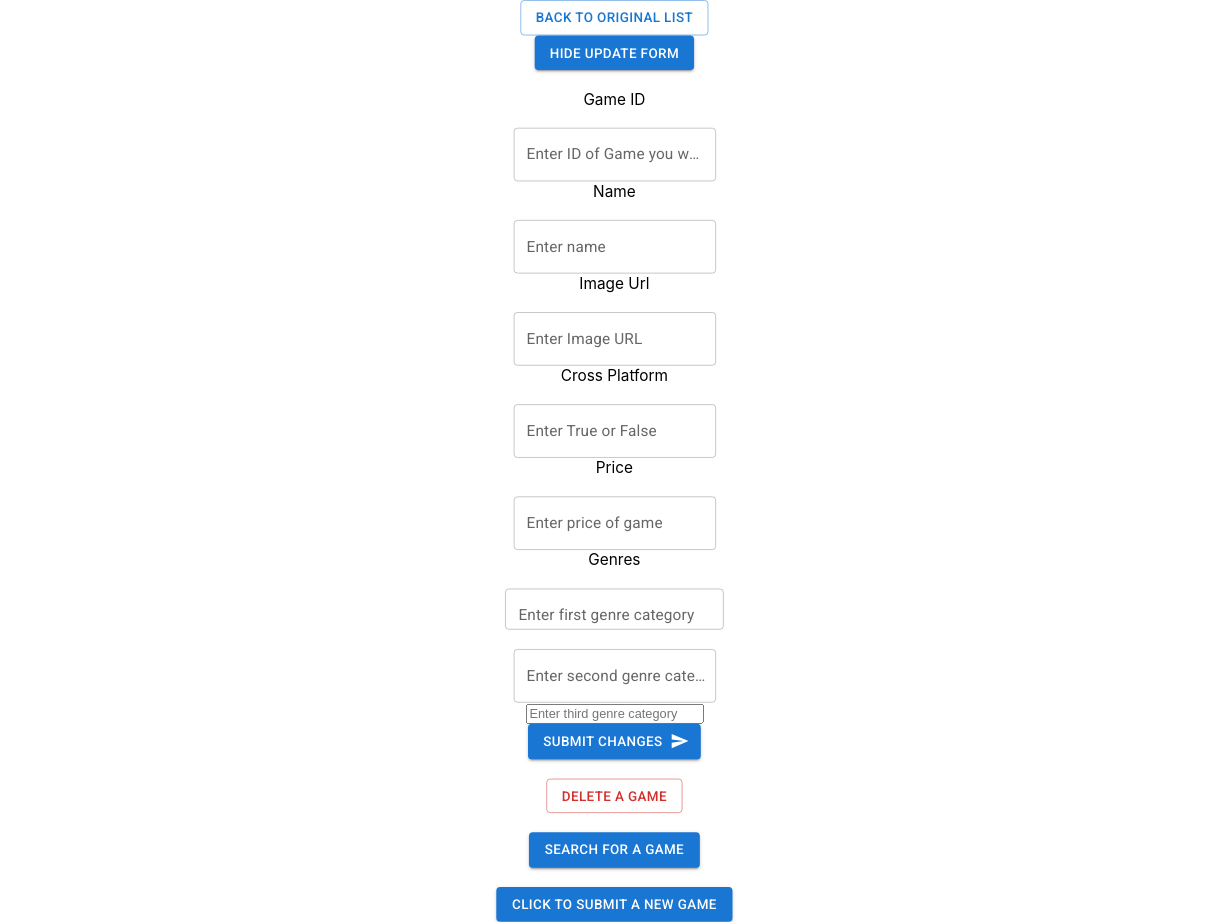
Repository: The-Software-Guild/assessment-2-react-nj10deadend
Page: / (app in Part-2/React-section/frontend/), after clicking the first element matching `button.MuiButton-contained`
The author's editor kept a copy of each file at every save. The page is drawn from the files as they stood at one save, then again after the next save.
The browser window is 1280 px wide. The pictures show the whole page, at 96% of full size.
The page's requests for data from a server got no answer. The project was rebuilt for these pictures with package versions that can differ from the ones it lists, and the page was loaded fresh each time. No one was signed in, and anything a server would have sent is missing. Also part of the build but not shown: Part-2/React-section/frontend/src/components/GameCards.js.

Above is the page before, as saved 2021-12-19 22:35:23.

After the next save:
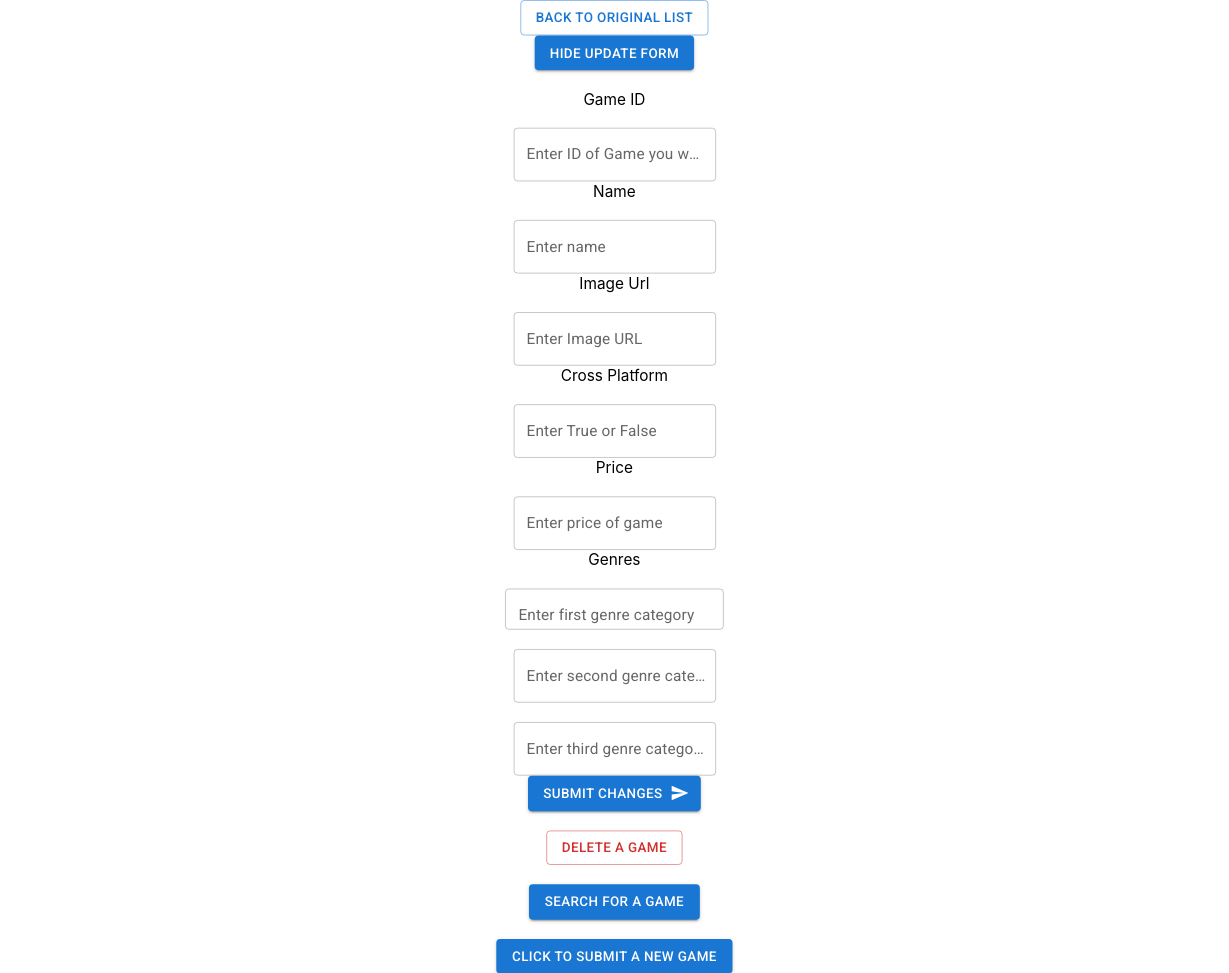
Saved 107 s later.
--- a/Part-2/React-section/frontend/src/components/UpdateGame.js
+++ b/Part-2/React-section/frontend/src/components/UpdateGame.js
@@ -129,8 +129,15 @@ function UpdateGame ({getFetchGameServer}) {
                                 value = {genres[1]}
                                 />
                                 <br></br>
-                                <input type="text" name="genre3" placeholder="Enter third genre category" id="genre3"
-                                value={genres[2]} onChange={(event) => {setGenres([genres[0], genres[1], event.target.value])}}/>
+                                <br></br>
+                                {/* <input type="text" name="genre3" placeholder="Enter third genre category" id="genre3"
+                                value={genres[2]} onChange={(event) => {setGenres([genres[0], genres[1], event.target.value])}}/> */}
+                                <TextField id="outlined-basic7" label="Enter third genre category"
+                                variant="outlined"
+                                onChange={(event) => {setGenres([genres[0], genres[1], event.target.value])}}
+                                value = {genres[2]}
+                                />
+
                             </div>
                             <Button variant="contained" endIcon={<SendIcon />} type="submit">Submit Changes</Button>
 
